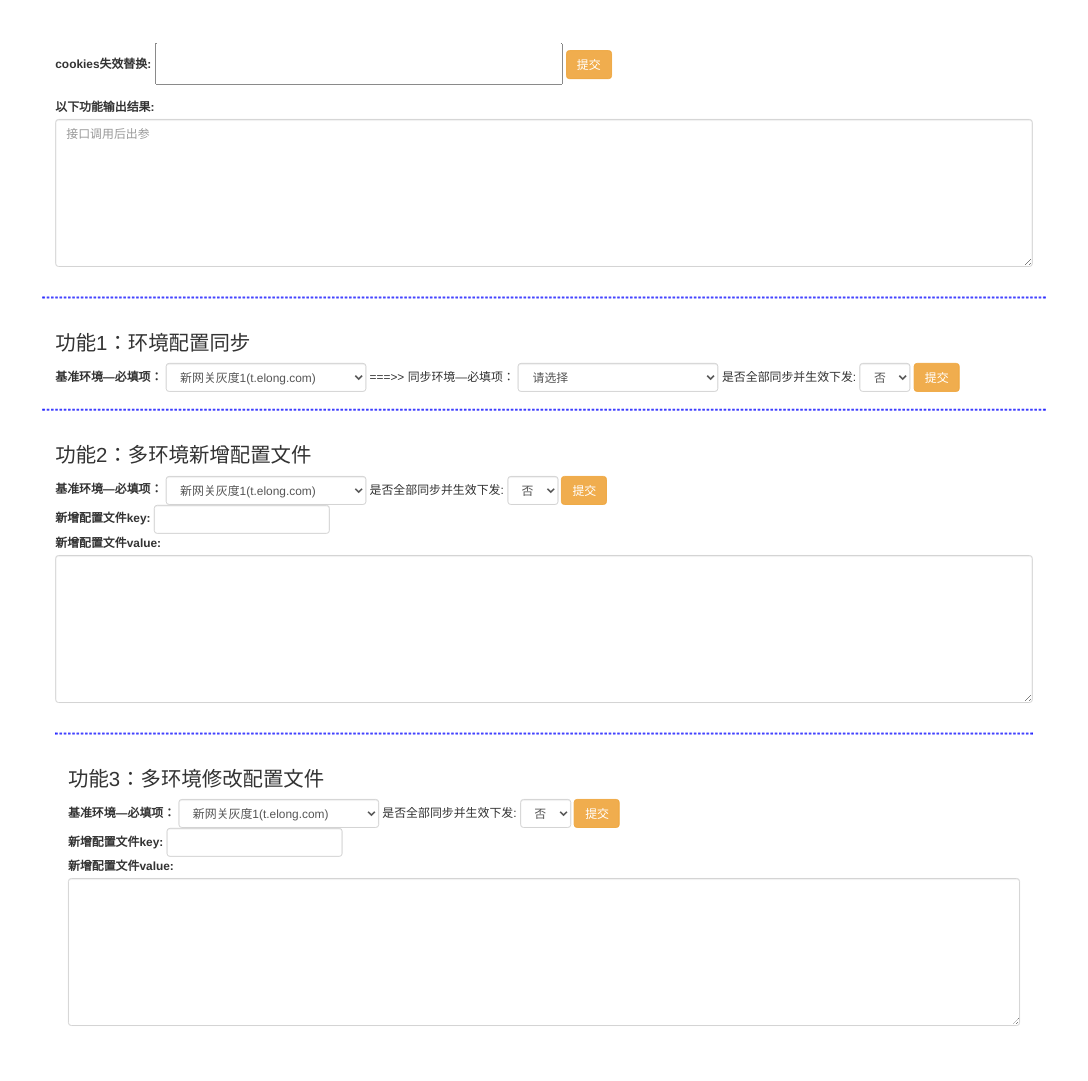
Repository: wangyanqing666/study
Page: test4.html
An editor plug-in stored every save of this project. The page is shown before and after the next save, followed by the edit.
The browser window is 1280 px wide. The pictures show the whole page, at 85% of full size.
Some web libraries are served in a nearby version.

Above is the page before, as saved 2020-12-02 19:13:29.

After the next save:
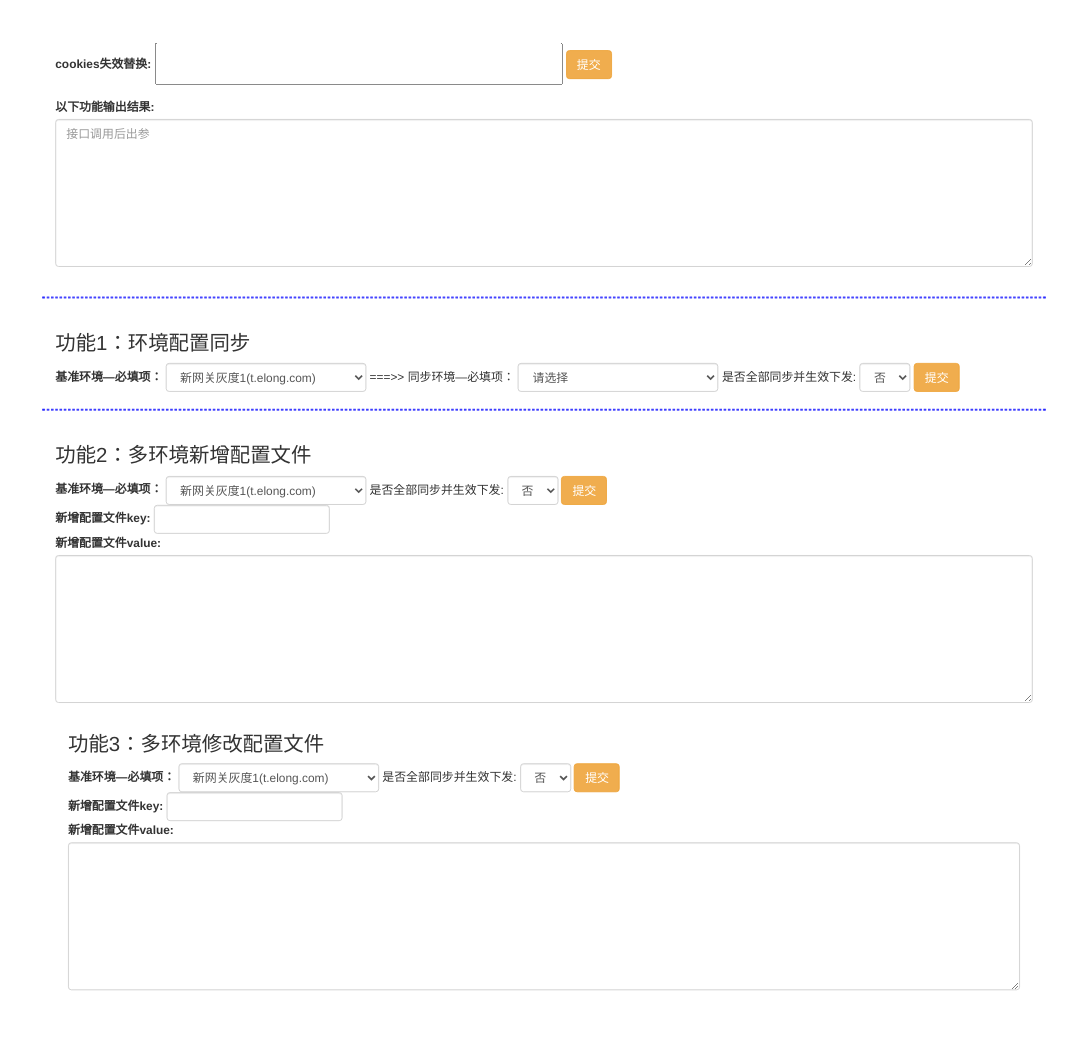
Saved 19 s later.
--- a/test4.html
+++ b/test4.html
@@ -64,8 +64,8 @@
     </div>
 
 
+<hr style="border : 1px dashed blue;" />
 
-<hr style="border : 1px dashed blue;" />
 
     <div class="container-fluid">
         <form class="form-inline">
@@ -102,7 +102,6 @@
         </form>
     </div>
 
-<hr style="border : 1px dashed blue;" />
 
 <div class="container-fluid">
     <form class="form-inline">

After the save that followed:
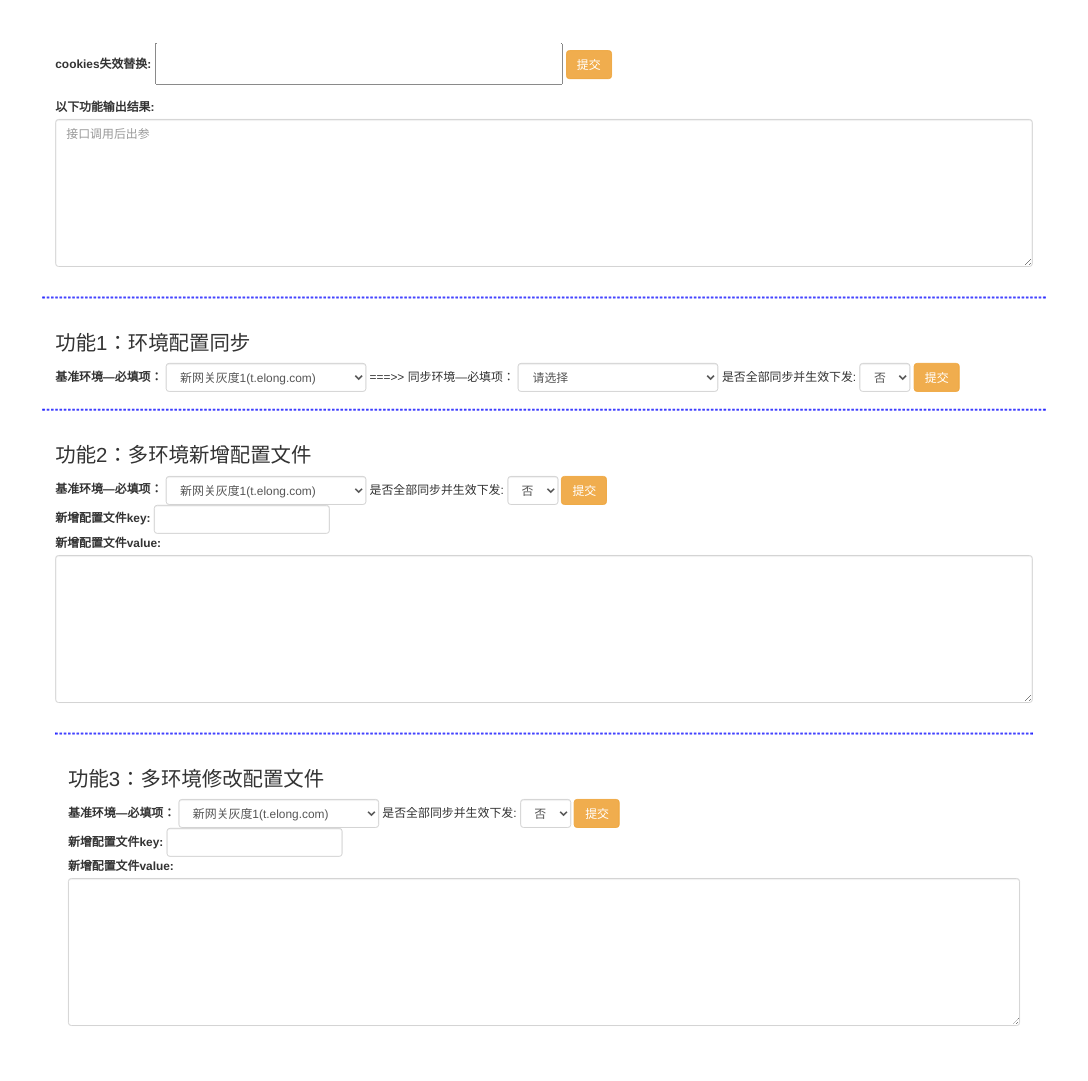
Saved 17 s later.
--- a/test4.html
+++ b/test4.html
@@ -102,6 +102,7 @@
         </form>
     </div>
 
+<hr style="border : 1px dashed blue;" />
 
 <div class="container-fluid">
     <form class="form-inline">
